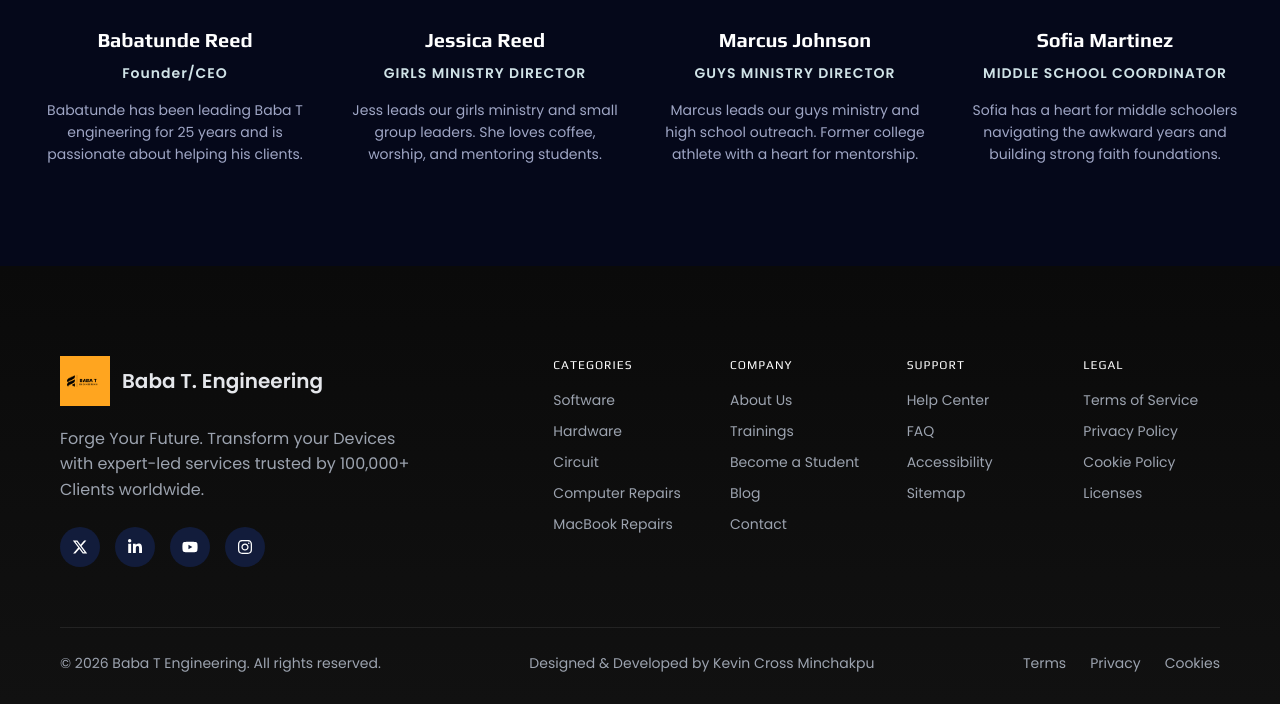
Repository: KC-Minchakpu/babatunde
Page: /about/team
The author's editor kept a copy of each file at every save. The page is drawn from the files as they stood at one save, then again after the next save.
The browser window is 1280 px wide. The pictures show the part of the page from y = 1056 to 1760 px (the page is 1760 px tall).
The project was rebuilt for these pictures with package versions that can differ from the ones it lists, and the page was loaded fresh each time. The framework's server and built-in components were replaced by stand-ins that run in the browser. Also part of the build but not shown: next.config.ts.

Above is the page before, as saved 2026-02-20 18:24:51.

After the next save:
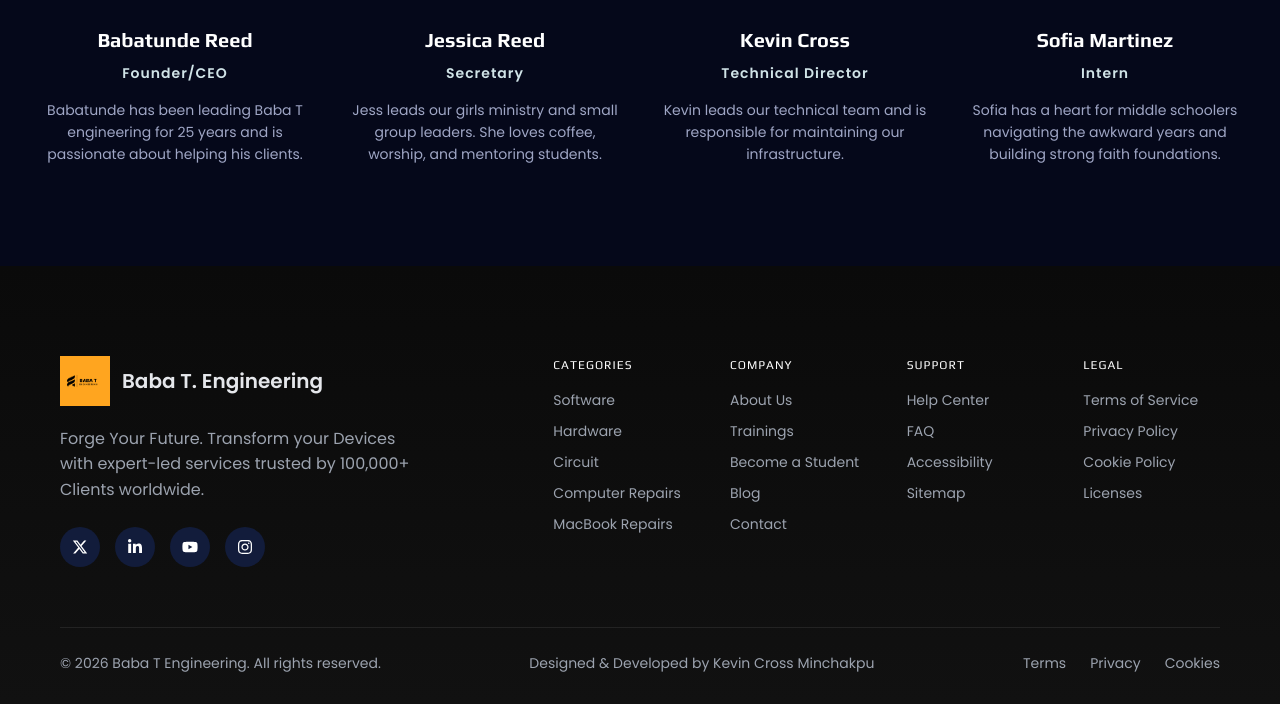
Saved 95 s later.
--- a/src/components/Team/TeamSection.tsx
+++ b/src/components/Team/TeamSection.tsx
@@ -17,19 +17,19 @@ const teamMembers: TeamMember[] = [
   },
   {
     name: "Jessica Reed",
-    role: "GIRLS MINISTRY DIRECTOR",
+    role: "Secretary",
     image: "/images/team2.jpg",
     bio: "Jess leads our girls ministry and small group leaders. She loves coffee, worship, and mentoring students.",
   },
   {
-    name: "Marcus Johnson",
-    role: "GUYS MINISTRY DIRECTOR",
+    name: "Kevin Cross",
+    role: "Technical Director",
     image: "/images/team3.jpg",
-    bio: "Marcus leads our guys ministry and high school outreach. Former college athlete with a heart for mentorship.",
+    bio: "Kevin leads our technical team and is responsible for maintaining our infrastructure.",
   },
   {
     name: "Sofia Martinez",
-    role: "MIDDLE SCHOOL COORDINATOR",
+    role: "Intern",
     image: "/images/team4.jpg",
     bio: "Sofia has a heart for middle schoolers navigating the awkward years and building strong faith foundations.",
   },
